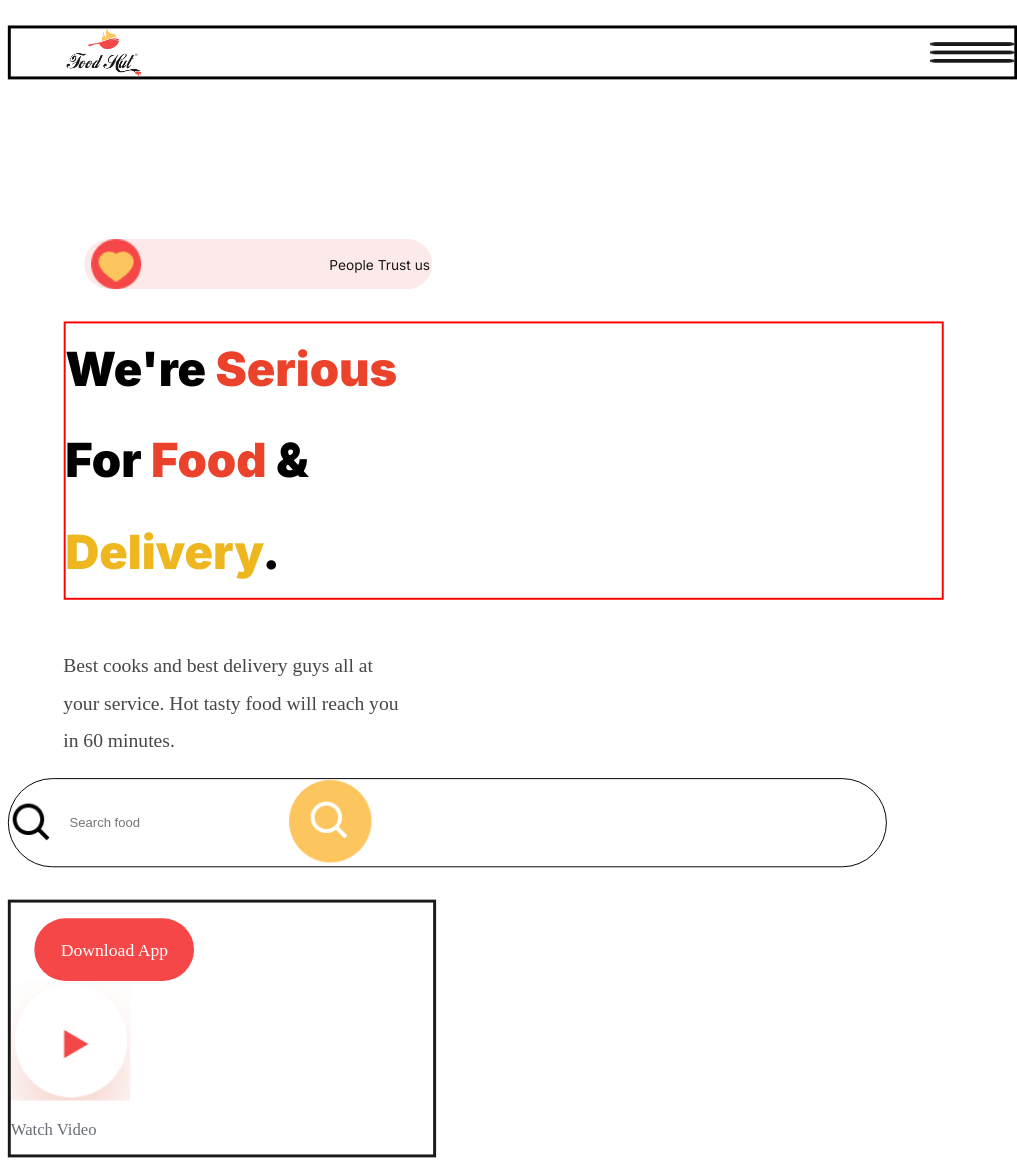
Repository: ReyhanehRahmani/Food-Hut
Page: FoodHut.html
The author's editor kept a copy of each file at every save. The page is drawn from the files as they stood at one save, then again after the next save.
The browser window is 1024 px wide. The page is 1038 px wide, so the pictures cover 1038 px, including what lies to the right of the window. The pictures show the whole page, at 98% of full size.
Some web fonts or font styles are not loaded; a fallback is used.

Above is the page before, as saved 2025-05-28 23:41:52.

### FoodHut.html
<!DOCTYPE html>

<html lang="en">

    <head>

    <meta name="viewport" content="width=device-width, initial-scale=1.0" />

        <title>Food Hut</title>

        <link rel="icon" type="image/jpg" href="favicon.png">

        <link rel="preconnect" href="https://fonts.googleapis.com">

        <link rel="stylesheet" href="FoodHut.css">

        <link rel="preconnect" href="https://fonts.googleapis.com">

        <link rel="preconnect" href="https://fonts.gstatic.com" crossorigin>

        <link href="https://fonts.googleapis.com/css2?family=Inter:ital,opsz,wght@0,14..32,100..900;1,14..32,100..900&display=swap" rel="stylesheet">

        <link rel="preconnect" href="https://fonts.googleapis.com">

        <link rel="preconnect" href="https://fonts.gstatic.com" crossorigin>

        <link href="https://fonts.googleapis.com/css2?family=Sofia+Sans:ital,wght@0,1..1000;1,1..1000&display=swap" rel="stylesheet">

    </head>

    <body>

        <div class="headh">
            <img src="favicon.png" alt="Food Hut logo" class="FoodHutLogo">

            <div class="navlaptop">
                    <p class="mm">Today special offers</p>
                    <p class="mm">Why FoodHut</p>
                    <p class="mm">Our Menu</p>
                    <p class="mm">Our Popular food</p>

            </div>
            <div class="downloadbt"><p>Download App</p></div>
            <img src="slider.png" id="slider">
        </div>



        <div class="maincontainer">
            <div class="container1">

                <div id="HeartBox">
                    <img id="Heart" src="ghalb.png" style="margin-left: 3px;" >
                    <p id="trust">People Trust us</p>
                </div>

                <p id="BigBox1">
                    We're <spsn style="color: rgb(235, 66, 44);">Serious</spsn> <br> For <span style="color: rgb(235, 66, 44);">Food</span> & <br><span style="color: rgb(238, 183, 32);">Delivery</span>.
                </p>
                <p id="BigBox1laptop">
                    We're <spsn style="color: rgb(235, 66, 44);">Serious</spsn>  For <br><span style="color: rgb(235, 66, 44);">Food</span> & <span style="color: rgb(238, 183, 32);">Delivery</span>.
                </p>

                <p id="text1">
                    Best cooks and best delivery guys all at <br>your service. Hot tasty food will reach you<br>in 60 minutes.
                </p>
                <p id="text1laptop">
                    Best cooks and best delivery guys all at your <br>service. Hot tasty food will reach you in 60<br>minutes.
                </p>
                <div class="searchbox">
                    <img src="zarebin2.png" id="zarebin2">
                    <input class="inin" type="text" minlength="3" maxlength="30" placeholder="Search food"></input>
                    <button class="butbut"><img src="zarebin.png" id="zarebin"></button>
                </div>


                <div id="PlayBox">
                    <div id="download"><p>Download App</p></div>
                    <div id="bori1">
                    <img src="playb.png" id="PlayButton">
                    <p id="Watch">Watch Video</p>
                    </div>
                </div>

            </div>
            <img src="pic1.png" id="pic1laptop">

        </div>






    </body>

</html>

### FoodHut.css
/*font family - font size - align items like heart*/

@media screen and (max-width: 1279px){



body {
    font-family: "Inter", sans-serif;

}

.headh{
    border: solid;
    display: flex;
    justify-content: space-between;
    width: 100vw;
    height: 6.739130435vh;
    align-items: center;
    margin-top: 2.608695652%;
}


.FoodHutLogo{
    margin-left: 5.607476636%;
    height: 100%;
}

#slider{
    width: 8.411214953%;
    height: 43.548387097%;
}

/*#NavbarSlider{
    margin-top: 41px;
    margin-right: 5.6vw;
    float: right;
    position: fixed;
    border: 2px solid red;
}

.slider{
    width: 36px;
    height: 5px;
    border-radius: 17px;
    display: flex;
    justify-content: space-between;
    flex-direction: column;
    gap: 6px;
    background: rgba(25, 25, 25, 1);
    margin-right: 24px;

}*/



#HeartBox{
    display: flex;
    justify-content: space-between;
    gap: 1.438848921%;
    width: 35.226415094%;
    height: 4.261796043%;
    align-items: center;
    border-radius: 100px;
    white-space: nowrap;
    background-color: #fce9e9;
    margin-top: 16.228070175%;
    margin-left: 7.710280374%;
}

#trust{
    font-weight: 400;
    font-size: 0.875rem;
    line-height: 100%;
    letter-spacing: 0%;
    /*align-items: center;
    justify-content: center;*/
    color: rgba(25, 25, 25, 1);
    margin-right: 2px;

}

#Heart{
    position: static;
    width: 14.288489209%;
    height: 71.428571429%;
    padding-left: 1.168224299%;
    align-self: center;
}

#BigBox1{
    width: 88.785046729%;
    height: 21.058315335%;
    align-content: center;
    margin-top: 3.225806452%;
    margin-left: 5.607476636%;
    border: 2px solid red;
    font-weight: 900;
    font-size: 3rem;
    line-height: 195%;
    letter-spacing: 0%;
    font-family: "Inter";
}

/*#Box1Paragragh{
    font-weight: 900;
    font-size: 48px;
    line-height: 195%;
    letter-spacing: 0%;
}*/

#text1{
    width: 88.551401869%;
    height: 8.804347826%;
    margin-top: 4.347826087%;
    margin-left: 5.607476636%;
    opacity: 0.8;
    font-family: "Sofia Sans";
    font-weight: 400;
    font-size: 1.25rem;
    line-height: 190%;
    letter-spacing: -1%;
    color: #191919;
    white-space: nowrap;

}

#text1laptop{
    display: none;
}

.searchbox{
    border: solid;
    display: flex;
    border-width: 0.5px;
    border-radius: 100px;
    align-items: center;
    height: 8.709677419%;
    margin-top: 4.35483871;
    width: 88.785046729%;

}

.searchbox .inin{
    border: 0px;
    margin-left: 12px;

}

.searchbox .butbut{
    border: 0px;
    background-color: rgba(127, 255, 212, 0);
    margin-left: 4.324840764%;
}

#download{
    width: 37.85046729%;
    height: 4.859611231%;
    margin-top: 3.695652174%;
    margin-left: 5.607476636%;
    border-radius: 100px;
    background: #F54748;
    font-family: Sofia Pro;
    font-weight: 400;
    font-size: 1.125rem;
    line-height: 100%;
    letter-spacing: 0px;
    text-transform: capitalize;
    color:#FFFFFF;
    text-align: center;
    padding-top: 1.187904968%;
    padding-bottom: 1.187904968%;
    display: inline-block;
}

#PlayBox{
    margin-top: 3.260869565%;
    display: flex;
    justify-content: space-between;
    gap: 4.906542056%;
    width: 42.757009346%;
    height: 5.652173913%;
    margin-right: 6.542056075%;
    position: relative;
    overflow: hidden;
    border: #191919 solid;
    display: inline-block;

}

#PlayButton{
    position: relative;
    width: 28.415300546%;
    height: 100%;
}


#Watch{
    font-family: Poppins;
    font-weight: 500;
    font-size: 1.0625rem;
    line-height: 100%;
    letter-spacing: 0%;
    color: #686D77;

}
.navlaptop{
    display: none;
}

.downloadbt{
    display: none;
}

#BigBox1laptop{
    display: none;
}

#pic1laptop{
    display: none;
}

}


@media screen and (min-width: 1280px){

body{
    position: relative;
}

.headh{
    display: flex;
    position: relative;
    align-items: center;
    margin-top: 2.46343341%;
}

.headh .FoodHutLogo{
    width: 8.402777778%;
    height: 6.004618938%;
    margin-left: 5.46875%;

}

.navlaptop {
    display: flex;
    gap: 7.575757576%;
    align-items: center;
    margin-left: 20.75%;

}

.navlaptop .mm{
    font-family: "Sofia Sans";
    font-weight: 400;
    font-size: 1.125rem;
    line-height: 100%;
    letter-spacing: 0px;
    text-transform: capitalize;
    color: #191919;
    white-space: nowrap;
}

.downloadbt{
    position: absolute;
    width: 11.25%;
    line-height: 100%;
    height: 57.692307692%;
    border-radius: 100px;
    background-color: #F54748;
    font-family: "Sofia Sans";
    text-align: center;
    margin-top: 1px;
    color: #FFFFFF;
    font-weight: 400;
    font-size: 18px;
    letter-spacing: 0px;
    text-transform: capitalize;
    margin-left: 84.513888889%;


}

.maincontainer{
    display: flex;
    justify-content: space-between;


}

.container1{
    margin-left: 4.861111111%;
    display: block;
    align-content: center;

}

#HeartBox{
    display: flex;
    justify-content: space-between;
    width: 28.226415094%;
    height: 4.261796043%;
    align-items: center;
    border-radius: 100px;
    white-space: nowrap;
    background-color: #fce9e9;
}

#trust{
    margin-right: 2px;
}

#BigBox1laptop{
    font-family: "Inter";
    font-weight: 900;
    font-size: 3.625rem;
    line-height: 100%;
    letter-spacing: 0%;
    margin-top: 3.04414003%;

}

#BigBox1{
    display: none;
}

#Heart{
    height: 20px;
    width: 20px;
}

#trust{
    font-family: Inter;
    font-weight: 400;
    font-size: 0.875rem;
    line-height: 100%;
    letter-spacing: 0%;

}

#text1{
    font-family: "Sofia Sans";
    font-weight: 400;
    font-size: 1.5rem;
    line-height: 100%;
    letter-spacing: -1%;
    opacity: 0.8;
    margin-top: 3.877419355%;
    color: #191919;

}


.searchbox{
    border: solid;
    display: flex;
    border-width: 0.5px;
    border-radius: 100px;
    align-items: center;
    height: 8.709677419%;
    margin-top: 4.35483871;

}

.searchbox .inin{
    border: 0px;
    margin-left: 12px;

}

.searchbox .butbut{
    border: 0px;
    background-color: rgba(127, 255, 212, 0);
    margin-left: 41.324840764%;
}

#zarebin{
    height: 42px;
    padding-top: 5px;

}

#zarebin2{
    width: 28px;
    height: 28px;
    margin-left: 15px;

}

#pic1laptop{
    width: 47.847222222%;
    height: auto;
}

#PlayBox{
    display: flex;
    height: 8.387096774%;
    margin-top: 4.838709677%;
    align-items: center;
}

#download{
    width: 33.085106383%;
    height: 86.538461538%;
    border-radius: 100px;
    background-color: #F54748;
    font-family: "Sofia Sans";
    text-align: center;
    margin-top: 1px;
    color: #FFFFFF;
    font-weight: 400;
    font-size: 18px;
    line-height: 100%;
    letter-spacing: 0px;
    text-transform: capitalize;


}

#bori1{
    display: flex;
    margin-left: 8.244680851%;
    height: 100%;
    justify-content: space-between;
    gap: 11.475409836%;
}

#Watch{
    font-family: "Sofia Sans";
    font-weight: 300;
    font-size: 17px;
    line-height: 100%;
    letter-spacing: 0%;
    color: #686D77;
    white-space: nowrap;

}

#PlayButton{
    height: 100%;
}
}

After the next save:
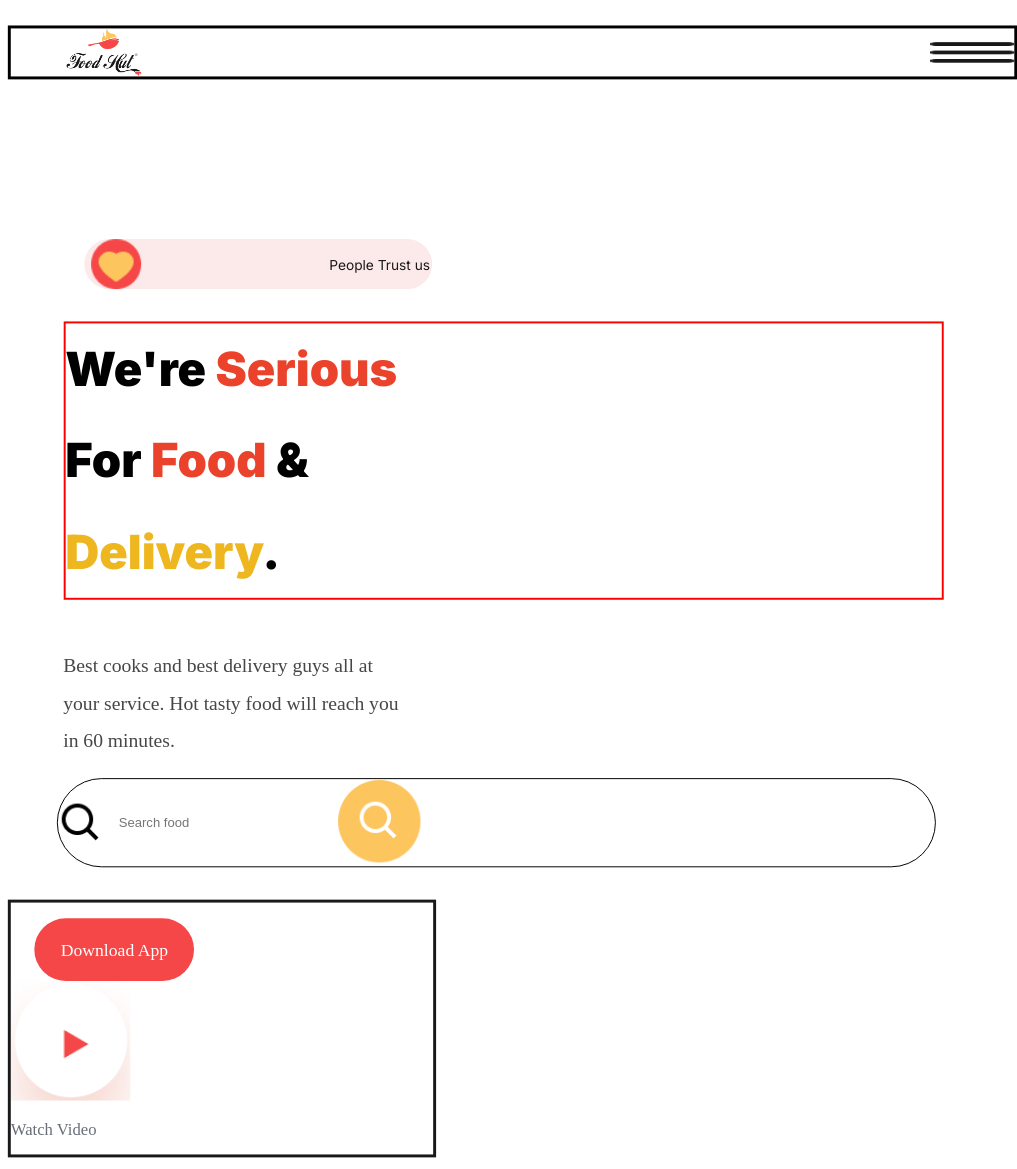
Saved 66 s later.
--- a/FoodHut.css
+++ b/FoodHut.css
@@ -137,6 +137,7 @@ body {
     height: 8.709677419%;
     margin-top: 4.35483871;
     width: 88.785046729%;
+    margin-left: 4.979253112%;
 
 }
 
